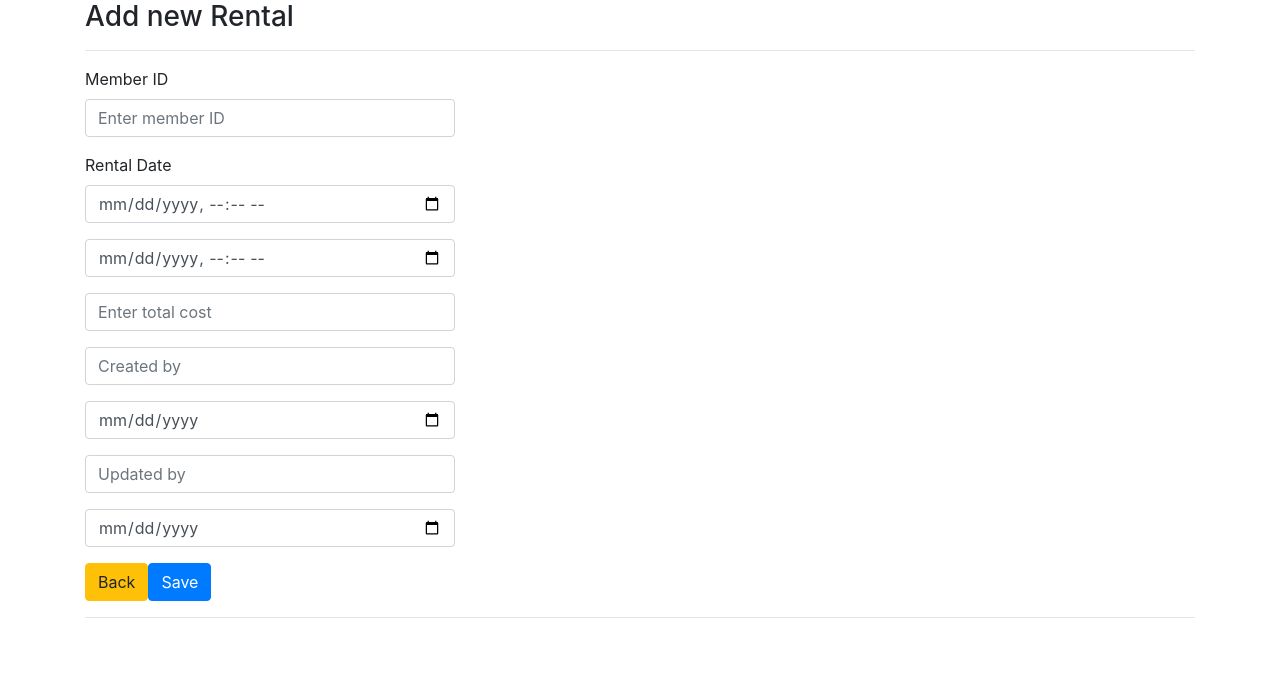
Repository: messimacky/Movie-Rental-System-Front-End
Page: /add-rental
These files come from the project's save history. The page is drawn as it stood at one moment and after the next save; the edit follows.
The browser window is 1280 px wide. The pictures show the whole page.
The project was rebuilt for these pictures with package versions that can differ from the ones it lists, and the page was loaded fresh each time. Also part of the build but not shown: src/services/movie.service.js, src/components/AddMovie.js, src/components/MoviesList.js, src/components/NotFound.js, src/components/login/Login.js, src/services/customer.service.js, src/components/AddCustomer.js, src/components/CustomerList.js and 4 more.

Above is the page before, as saved 2022-04-21 15:15:32.

After the next save:
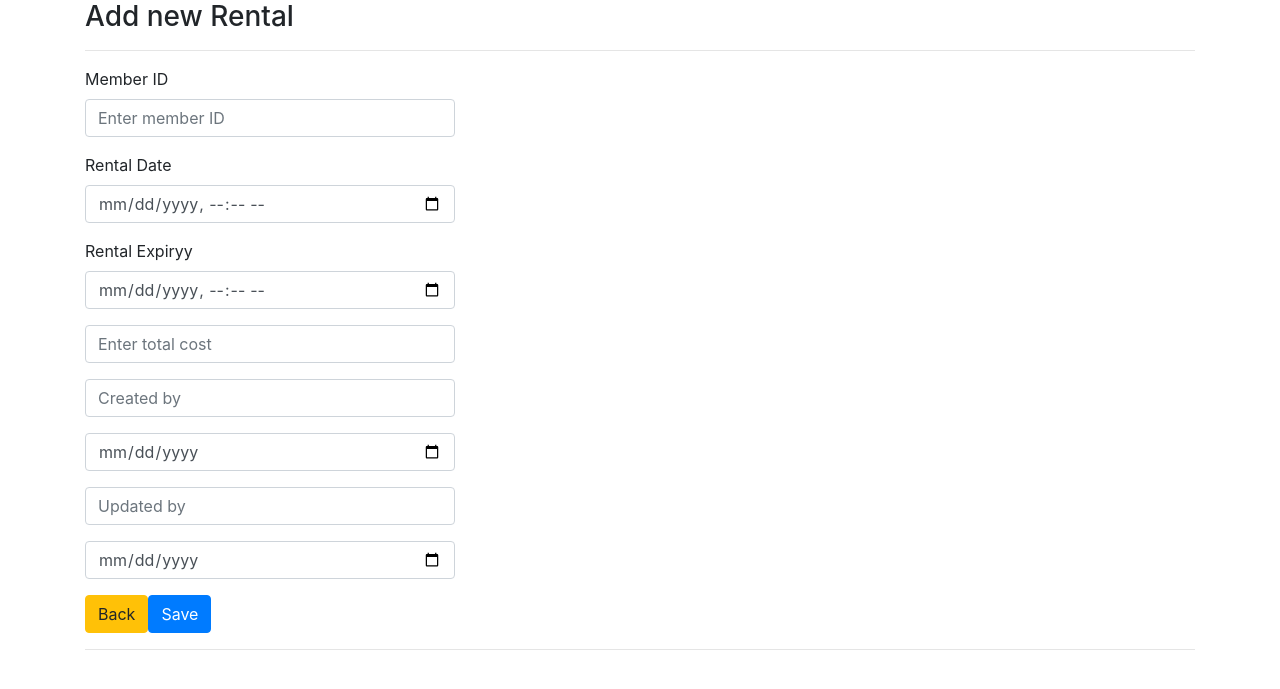
Saved 25 s later.
--- a/src/components/AddRental.js
+++ b/src/components/AddRental.js
@@ -103,6 +103,8 @@ const AddRental = () => {
                 </div>
 
                 <div className="form-group">
+
+                    <label>Rental Expiryy</label>
                     <input
                         type="datetime-local"
                         className="form-control col-4"
